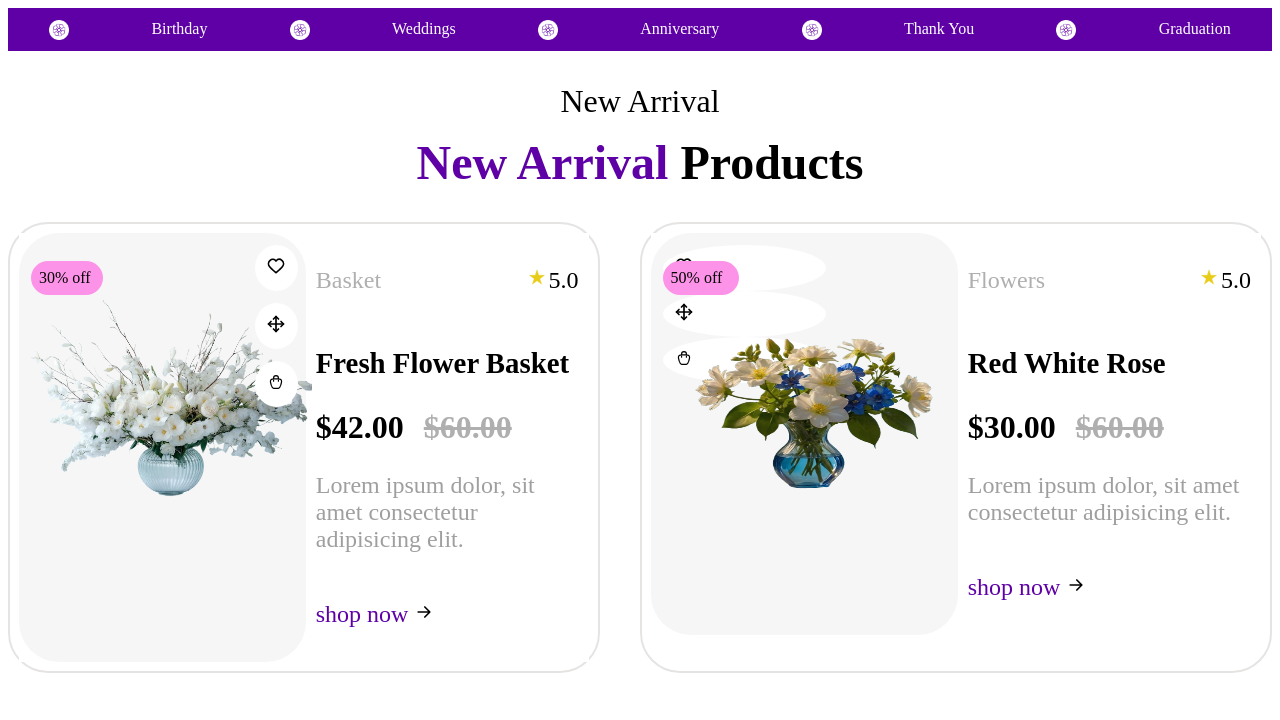
Repository: KolawoleTemilade/classroom-learning
Page: newarrival/index.html
An editor plug-in stored every save of this project. The page is shown before and after the next save, followed by the edit.
The browser window is 1280 px wide. The pictures show the whole page.

Above is the page before, as saved 2025-10-02 01:03:58.

After the next save:
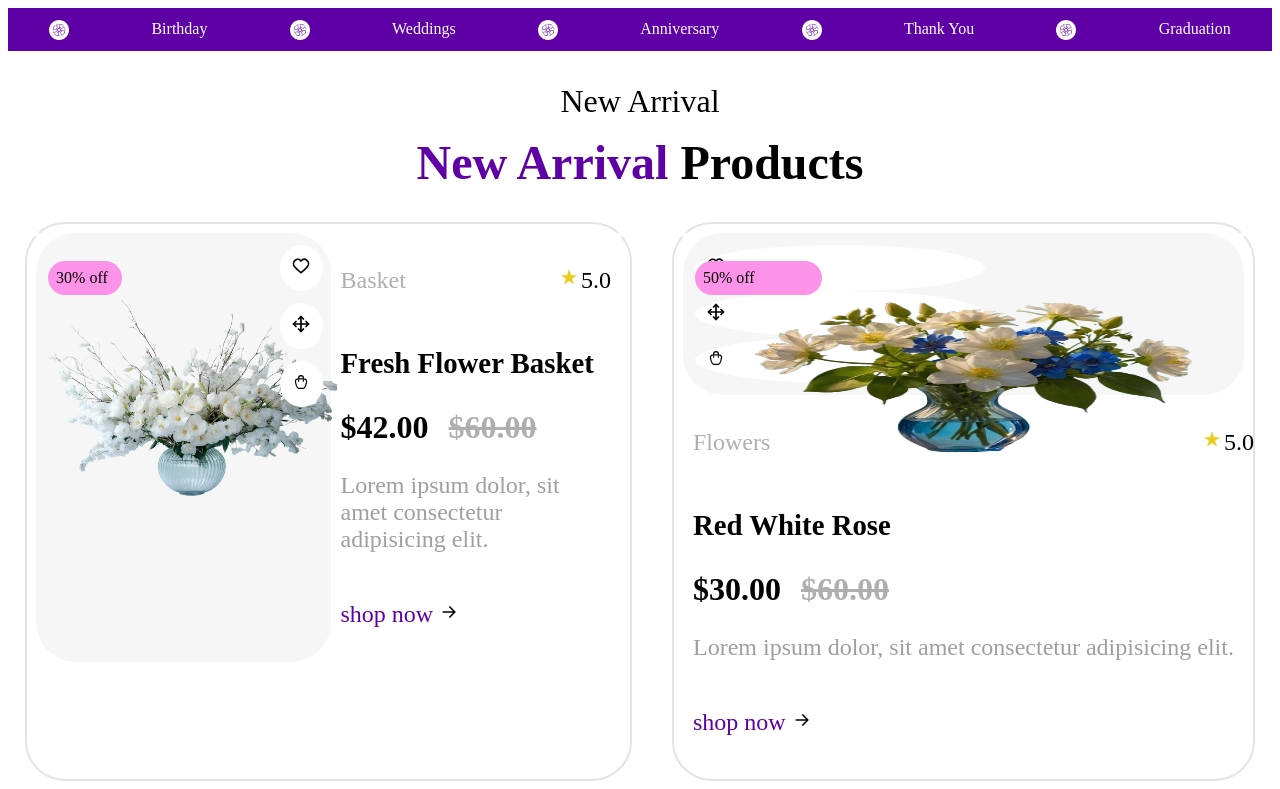
Saved 19 s later.
--- a/newarrival/index.html
+++ b/newarrival/index.html
@@ -142,7 +142,7 @@
                 />
                 <div class="absolute-container">
                   <p class="slash">50% off</p>
-                  <div class="icons-sec2">
+                  <!-- <div class="icons-sec2"> -->
                     <div class="icons">
                       <img
                         src="./images/icons/heart.svg"

After the save that followed:
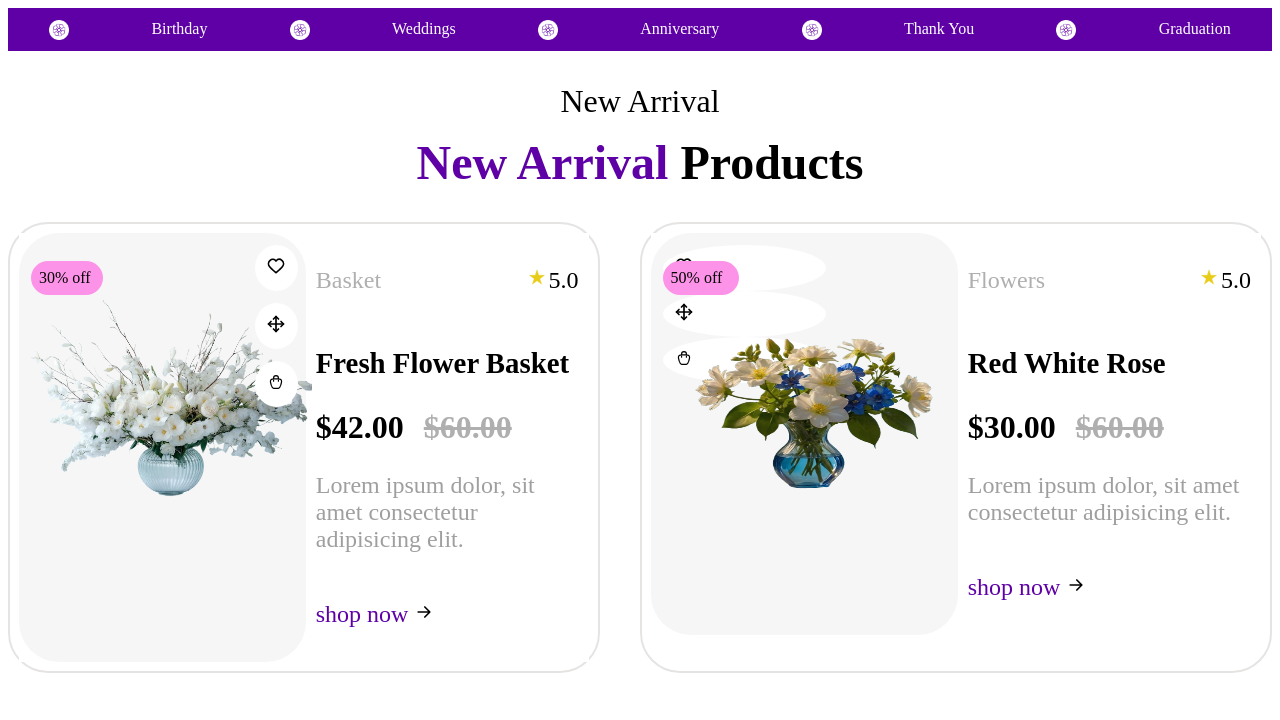
Saved 28 s later.
--- a/newarrival/index.html
+++ b/newarrival/index.html
@@ -142,7 +142,7 @@
                 />
                 <div class="absolute-container">
                   <p class="slash">50% off</p>
-                  <!-- <div class="icons-sec2"> -->
+                  <div class="icons-sec2">
                     <div class="icons">
                       <img
                         src="./images/icons/heart.svg"
